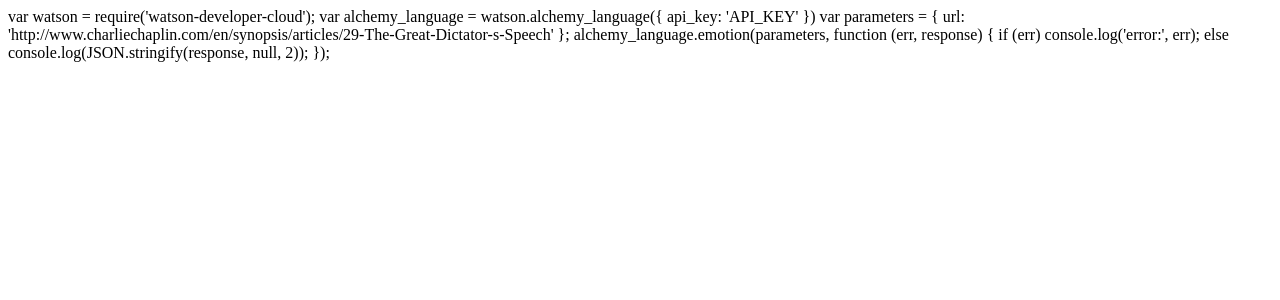
Repository: naveenmano/MapMyNews
Page: workspace/alchemytest.html
The author's editor kept a record of every edit. The page is drawn from the files as they stood at one moment, then again after the next edit.
The browser window is 1280 px wide. The pictures show the whole page.

Above is the page before.

After the next edit:
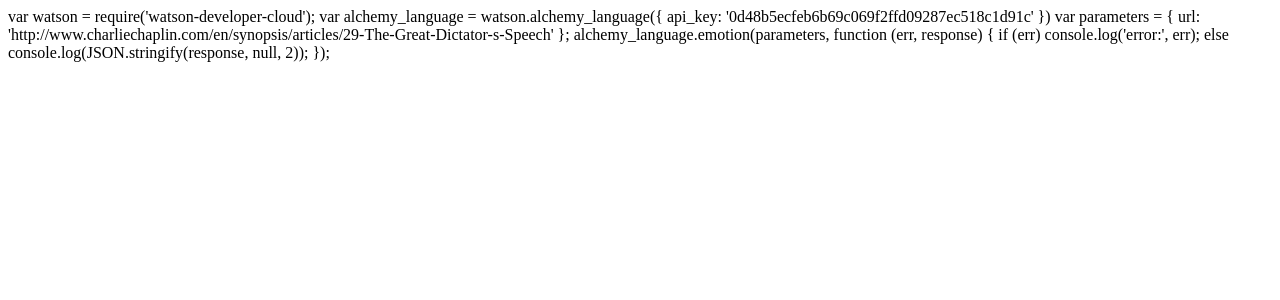
The edit:
--- a/workspace/alchemytest.html
+++ b/workspace/alchemytest.html
@@ -1,6 +1,6 @@
 var watson = require('watson-developer-cloud');
 var alchemy_language = watson.alchemy_language({
-  api_key: 'API_KEY'
+  api_key: '0d48b5ecfeb6b69c069f2ffd09287ec518c1d91c'
 })
 
 var parameters = {
